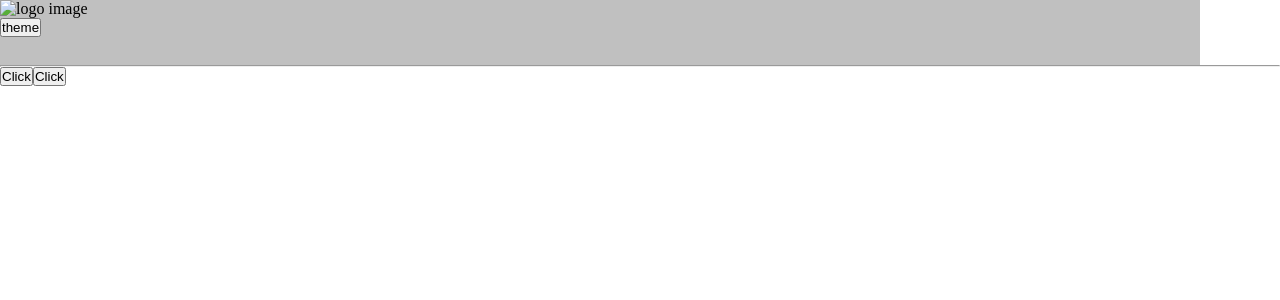
Repository: YuraKrvz/my_weather2
Page: /
These files come from the project's save history. The page is drawn as it stood at one moment and after a run of saves; the edit follows.
The browser window is 1280 px wide. The pictures show the whole page.
The project was rebuilt for these pictures with package versions that can differ from the ones it lists, and the page was loaded fresh each time.

Above is the page before, as saved 2022-01-25 16:20:20.

After the next 3 saves:
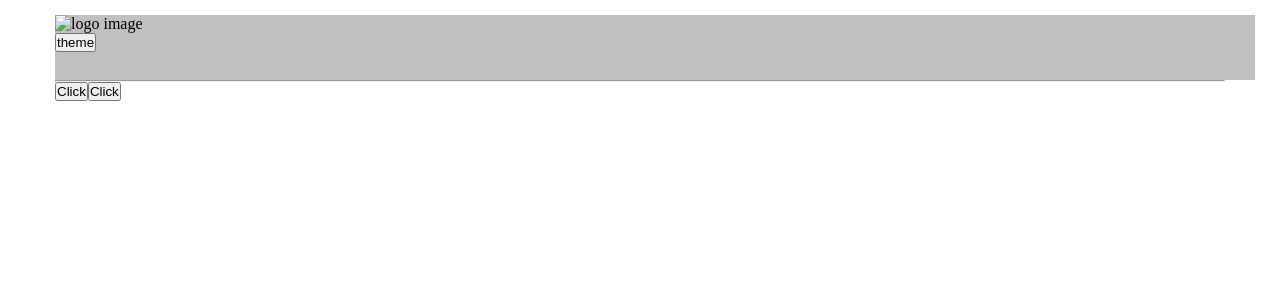
The 3 saves are shown as one change because 2 did not build or start.
The last was saved 2 min 17 s later.
--- a/src/index.css
+++ b/src/index.css
@@ -2,6 +2,11 @@
   box-sizing: border-box;
   margin: 0;
   padding: 0;
+}
+.container{
+  max-width: 1200px;
+  margin: 0 auto;
+  padding: 15px;
 }
 
 html[data-theme='true']{
--- a/src/App.js
+++ b/src/App.js
@@ -1,13 +1,11 @@
-import s from './app.module.css';
+import useTheme from './hooks/useTheme';
 import Header from './components/header/Header';
-
-import useTheme from './hooks/useTheme';
 
 export default function App() {
   const {theme, setTheme} = useTheme();
 
   return (
-    <div className={s.app}>
+    <div className='container'>
      <Header />
 
      <hr />
